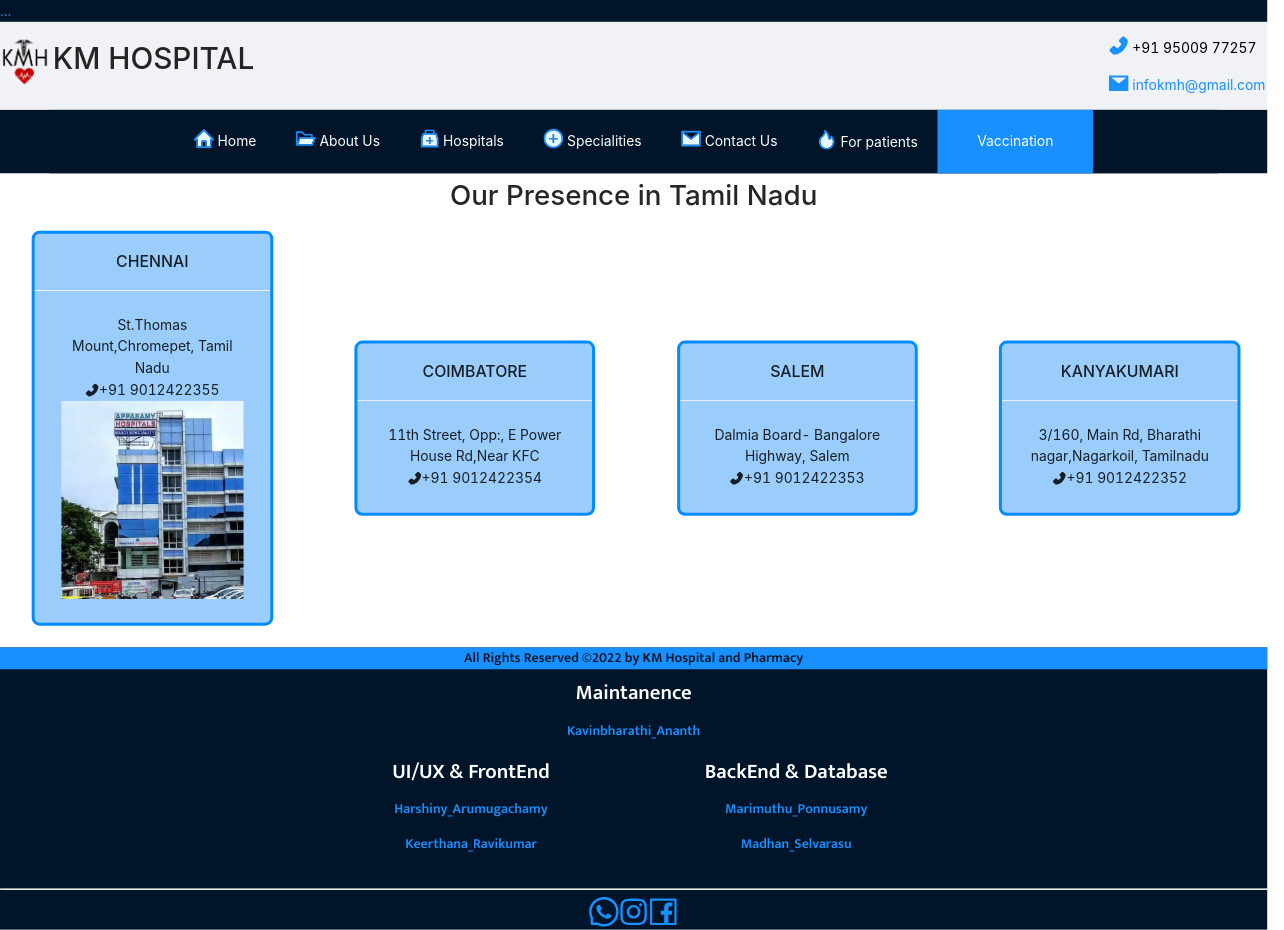
Repository: marimuthu1001/KHM-hospital
Page: /hospitals (app in km-hospital/)
These files come from the project's save history. The page is drawn as it stood at one moment and after the next save; the edit follows.
The browser window is 1280 px wide. The page is 1297 px wide, so the pictures cover 1297 px, including what lies to the right of the window. The pictures show the whole page, at 99% of full size.
The project was rebuilt for these pictures with package versions that can differ from the ones it lists, and the page was loaded fresh each time. Also part of the build but not shown: km-hospital/src/firebase.js, km-hospital/src/Pages/Home.jsx, km-hospital/src/Pages/ContactUs.jsx, km-hospital/src/Pages/AboutUS.jsx, km-hospital/src/Styles/Specialities.module.css, km-hospital/src/Pages/Specialities.jsx, km-hospital/src/Pages/For Patients/Bmi_Calculator.jsx, km-hospital/src/Styles/Appointment.module.css and 3 more.

Above is the page before, as saved 2022-01-27 15:17:54.

### km-hospital/public/index.html
<!DOCTYPE html>
<html lang="en">
  <head>
    <meta charset="utf-8" />
    <link rel="icon" href="%PUBLIC_URL%/favicon.ico" />
    <meta name="viewport" content="width=device-width, initial-scale=1" />
    <meta name="theme-color" content="#000000" />
    <meta
      name="description"
      content="Web site created using create-react-app"
    />
    <link rel="apple-touch-icon" href="%PUBLIC_URL%/logo192.png" />
    <!--
      manifest.json provides metadata used when your web app is installed on a
      user's mobile device or desktop. See https://developers.google.com/web/fundamentals/web-app-manifest/
    -->
    <link rel="manifest" href="%PUBLIC_URL%/manifest.json" />
    <!--
      Notice the use of %PUBLIC_URL% in the tags above.
      It will be replaced with the URL of the `public` folder during the build.
      Only files inside the `public` folder can be referenced from the HTML.

      Unlike "/favicon.ico" or "favicon.ico", "%PUBLIC_URL%/favicon.ico" will
      work correctly both with client-side routing and a non-root public URL.
      Learn how to configure a non-root public URL by running `npm run build`.
    -->
    <title>KM HOSPITAL | HOME</title>
  </head>
  <body>
    <noscript>You need to enable JavaScript to run this app.</noscript>
    <div id="root"></div>
    <!--
      This HTML file is a template.
      If you open it directly in the browser, you will see an empty page.

      You can add webfonts, meta tags, or analytics to this file.
      The build step will place the bundled scripts into the <body> tag.

      To begin the development, run `npm start` or `yarn start`.
      To create a production bundle, use `npm run build` or `yarn build`.
    -->
  </body>
</html>

### km-hospital/src/index.js
import React from 'react';
import ReactDOM from 'react-dom';
import 'antd/dist/antd.min.css'
import './index.css'
import App from './App';


ReactDOM.render(
  <React.StrictMode>
    <App />
  </React.StrictMode>,
  document.getElementById('root')
);

### km-hospital/src/index.css
@import '~antd/dist/antd.css';

.ant-menu:not(.ant-menu-horizontal) .ant-menu-item-selected {
	background: transparent;
}

.ant-menu{
    background: red;
    }

### km-hospital/src/App.js
import Nav from  './components/Nav'
import Footer from './components/Footer'
import Home from './Pages/Home'
import ContactUs from './Pages/ContactUs'
import AboutUs from './Pages/AboutUS'
import Specialities from './Pages/Specialities'
import BmiCalculator from './Pages/For Patients/Bmi_Calculator'
import Appointment from './Pages/For Patients/BookAppointment'
import Hospitals from './Pages/Hospitals'
import {BrowserRouter as Router, Route,Routes} from 'react-router-dom'

import Feedback from './Pages/Feedback'

function App() {
  return (
    <Router>
        <div className="App">
          <Nav/>
          <Routes>
            <Route exact path="/" element={<Home/>}/>
            <Route exact path="/contactus" element={<ContactUs/>}/>
            <Route exact path="/aboutus" element={<AboutUs/>}/>
            <Route exact path="/specialities" element={<Specialities/>}/>
            <Route exact path="/bmicalculator" element={<BmiCalculator/>}/>
            <Route exact path="/bookappointment" element={<Appointment/>}/>
            <Route exact path="/hospitals" element={<Hospitals/>}/>
            <Route exact path="/feedback" element={<Feedback/>}/>
          </Routes>

          <Footer/>
        </div>
    </Router>

  );
}

export default App;

### km-hospital/src/components/Nav.jsx
import React from 'react'

import Styles from '../Styles/Nav.module.css'
import { Layout, Menu, Dropdown,Row,Col } from 'antd';
import Logo from '../Images/Logo.png'

import {HomeTwoTone,
    FolderOpenTwoTone,
    MedicineBoxTwoTone,
    PlusCircleTwoTone,
    FireTwoTone ,
    MailTwoTone,
    PhoneFilled,
    MailFilled,

    } from '@ant-design/icons'

function Nav() {
  const menu = (
    <Menu>

            <Menu.Item key="1">Covid Dose</Menu.Item>
            <Menu.Item key="2">Covid Booster</Menu.Item>
            <Menu.Item key="3">Polio Vaccine</Menu.Item>
            <Menu.Item key="4">Chicken pox Vaccine</Menu.Item>
      </Menu>
  )
const patients = (
  <Menu>
         <a href="bmicalculator"> <Menu.Item key="1">Health Checkup Package</Menu.Item></a>
         <a href="bmicalculator"><Menu.Item key="2">Medicines</Menu.Item></a>
          <a href="bmicalculator"><Menu.Item key="3">Symptoms</Menu.Item></a>
          <a href="/bookappointment"> <Menu.Item key="4">Book an Appointment</Menu.Item></a>
          <a href="bmicalculator"><Menu.Item key="5">BMI Calculator</Menu.Item></a>

    </Menu>

  )

  const { Header} = Layout;
    return (

      <Layout>
        <p className={Styles.line}>...</p>
        <div className={Styles.head} >
            <Row gutters={[16,16]}>
              <Col md={{span:2}} lg={{span:1}}>
              <div className="logo">
              <img src={Logo} alt="Logo" widht={50} height={50}/>
            </div>
              </Col>
              <Col md={{span:6}} lg={{span:4}}>
              <h1>KM HOSPITAL</h1>
              </Col>
              <Col md={{span:8}} lg={{span:16}}></Col>
              <Col md={{span:5}} lg={{span:3}}>
              <div className={Styles.contactHead}>
                <p style={{color:'black'}}><PhoneFilled  style= {{ fontSize: '20px',color: '#1890ff'  }} />&nbsp;+91 95009 77257</p>
                <p><a href="mailto:infokmh@gmail.com"><MailFilled style= {{ fontSize: '20px',color: '#1890ff'  }} />&nbsp;infokmh@gmail.com</a></p>
               </div>
              </Col>
            </Row>
        </div>



      <Header className="header">
      <div className="menubar">
        <Menu style={{
            position: 'relative',
            display: 'flex',
            justifyContent: 'center',

        }} theme="dark" mode="horizontal" defaultSelectedKeys={['1']}>
     <a href="/">
          <Menu.Item key="7"><HomeTwoTone style={{fontSize:20}}/>&nbsp;Home</Menu.Item>
     </a>
     <a href="/aboutus">
          <Menu.Item key="2"><FolderOpenTwoTone style={{fontSize:20}}/>&nbsp;About Us</Menu.Item>
     </a>
     <a href="/hospitals">
          <Menu.Item key="3"><MedicineBoxTwoTone style={{fontSize:20}}/>&nbsp;Hospitals</Menu.Item>
     </a>
     <a href="/specialities">
          <Menu.Item key="4"><PlusCircleTwoTone style={{fontSize:20}}/>&nbsp;Specialities</Menu.Item>
     </a>
     <a href="/contactus">
          <Menu.Item  key="6"> <MailTwoTone style={{fontSize:20}}/>&nbsp;Contact Us</Menu.Item>
     </a>
          <Dropdown  overlay={patients} placement="topCenter">
              <Menu.Item key="5"><FireTwoTone style={{fontSize:20}}/>&nbsp;For patients</Menu.Item>
          </Dropdown>

          <Menu.Item key="1">
          <Dropdown  overlay={menu} placement="topCenter">
                    <Menu.Item>Vaccination</Menu.Item>
          </Dropdown>
          </Menu.Item>


        </Menu>  </div>
      </Header>


        </Layout>


    )
}

export default Nav

### km-hospital/src/components/Footer.jsx
import React from 'react'
import Styles from '../Styles/Footer.module.css'
import { Row, Col } from 'antd';
import {WhatsAppOutlined,
    InstagramOutlined,
    FacebookOutlined} from '@ant-design/icons'
function Footer() {
    return (
        <div  >
            <div className={Styles.footer}>


                <div className={Styles.footerContent}>
                    <div sm={1}  md={6} lg={8}  className={Styles.footerTitle}>
                        <h4>All Rights Reserved &copy;2022 by KM Hospital and Pharmacy</h4>
                    </div>


                <div className={Styles.maintain}>
                    <h2>Maintanence</h2>
                    <p>Kavinbharathi_Ananth</p>
                </div>

                <Row className={Styles.design} gutter={[34, 18]}>
                <Col xs={24} md={6}/>
                    <Col xs={24} md={6}>
                        <div>
                            <h2 className={Styles.headDecoration}>UI/UX & FrontEnd</h2>
                            <div className={Styles.decoration}>
                                <p>Harshiny_Arumugachamy</p>
                                <p>Keerthana_Ravikumar</p>
                            </div>
                        </div>
                    </Col>
                    <Col xs={24} md={6}>
                        <div>
                        <h2 className={Styles.headDecoration}>BackEnd & Database</h2>
                            <div className={Styles.decoration}>
                                <p>Marimuthu_Ponnusamy</p>
                                <p>Madhan_Selvarasu</p>
                            </div>
                        </div>
                    </Col>
                    <Col xs={24} md={6}/>
                        <Col sm={{ span: 5, offset: 0 }} md={{ span: 5, offset: 0 }} lg={{ span: 6, offset:0  }}> </Col>
                </Row>


<hr/>


                <Row  className={Styles.social}>
                    <Col sm={{span:2}} md={{span:8}} lg={{span:8}}><WhatsAppOutlined style={{fontSize: '30px' }} /></Col>
                    <Col sm={{span:2}} md={{span:8}} lg={{span:8}}><InstagramOutlined style={{fontSize: '30px' }} /></Col>
                    <Col sm={{span:2}} md={{span:8}} lg={{span:8}}><FacebookOutlined style={{fontSize: '30px' }} /></Col>
                </Row>
            </div>
        </div>
        </div>
    )
}

export default Footer

### km-hospital/src/Pages/Hospitals.jsx
import React from 'react';
import { Card, Col, Row  } from 'antd';
import Styles from '../Styles/ContactUs.module.css'
import {PhoneFilled} from '@ant-design/icons'
import Img1 from '../Images/Hospitals/hsptl (16).jpeg'
function Hospitals() {
  return (<div>
      <h1 style={{textAlign:"Center"}}>Our Presence in Tamil Nadu</h1>
            <div className="site-card-wrapper">
                    <Row className={Styles.locations} justify="space-around" align="middle" gutter={28}>
                        {/* <Col sm={{span:2}} md={{span:5}}  lg={{span:4}}></Col> */}
                        <Col  sm={{span:1}} md={{span:5}}  lg={{span:5}} >
                            <Card className={Styles.card} title="CHENNAI" bordered={true} hoverable={true}>
                            St.Thomas Mount,Chromepet, Tamil Nadu <br/> <PhoneFilled />+91 9012422355
                            <img src={Img1} alt="Hospital"  widht={300} height={200}/>
                            </Card>
                        </Col>
                        <Col sm={{span:1}} md={{span:5}} lg={{span:5}} >
                            <Card  className={Styles.card} title="COIMBATORE" bordered={true} hoverable={true}>
                           11th Street, Opp:, E Power House Rd,Near KFC <br/> <PhoneFilled />+91 9012422354
                            </Card>
                        </Col>
                        <Col sm={{span:1}} md={{span:5}} lg={{span:5}}>
                            <Card className={Styles.card} title="SALEM" bordered={true} hoverable={true}>
                           Dalmia Board- Bangalore Highway, Salem  <br/> <PhoneFilled />+91 9012422353
                            </Card>
                        </Col>
                        <Col sm={{span:1}} md={{span:5}} lg={{span:5}}>
                            <Card className={Styles.card} title="KANYAKUMARI" bordered={true} hoverable={true}>
                             3/160, Main Rd, Bharathi nagar,Nagarkoil, Tamilnadu  <br/> <PhoneFilled />+91 9012422352
                            </Card>
                        </Col>
                        {/* <Col sm={{span:3}} md={{span:5}}  lg={{span:4}}></Col> */}
                    </Row>
              <br/>
                </div>
  </div>);
}

export default Hospitals;

### km-hospital/src/Styles/Nav.module.css
*{
    margin-top:0px;
}
.line{
    background-color:#001529;
    color:#1890ff;
}
.head h1{
    font-size: 30px;
}
.menubar .Menu.item{
    margin-left:20%;
}
a{
    text-decoration: none;
}
a:hover{
    background-color:#1890ff;
}

### km-hospital/src/Styles/Footer.module.css
@import url('https://fonts.googleapis.com/css2?family=Mukta:wght@600&display=swap');
.footer{
    background-color:#001529;
    font-family: 'Mukta', sans-serif;
    color:#1890ff;
    position:relative;
    text-align:center
}
.footer h2{
    color:#ffffff
}
.footer .footerTitle{
    color:rgb(255, 255, 255);
    background-color:#1890ff
}
.footer .social{
    text-align:center;
    display:inline-flex;
}
.social li{
    list-style-type: none;
}
.decoration{
    list-style-type:none;
    text-align:center
}
.headDecoration{
    text-align:center
}

### km-hospital/src/Styles/Home.module.css
@import url('https://fonts.googleapis.com/css2?family=Josefin+Sans:wght@700&display=swap');
.card{
    background-color:#1890ff;
    height:120px;
    border: 1px solid #001529;
    border-radius:14px;
}
.title{
    font-family: 'Josefin Sans', sans-serif;
}

### km-hospital/src/Styles/ContactUs.module.css
.title{
    text-align:center;
}
.card{
    border:3px solid #008cff;
    border-radius:8px;
    text-align: center;
    background-color:#9bcdfc;
}
.card:hover{
    border:3px solid #1890ff;
    box-shadow: 8px 8px 8px #9bcdfc ;
}
.locations{

    padding-left:5px;
}
.btn{
    width:28%;
}
.form{
    border-radius:20px;
    border:1px solid #000;
    box-shadow:5px 5px 5px rgb(0, 0, 0);
    padding-top:20px;
}

### km-hospital/src/Styles/bmiCalc.module.css
@import url('https://fonts.googleapis.com/css2?family=Poppins:wght@400&display=swap');

.aboutContent{
    margin:0 10%;
    text-align: center;
    font-family: 'Poppins', sans-serif;
    font-weight:block;
}
 .bmiFormula{

    border:1px solid #5465ff
}

After the next save:
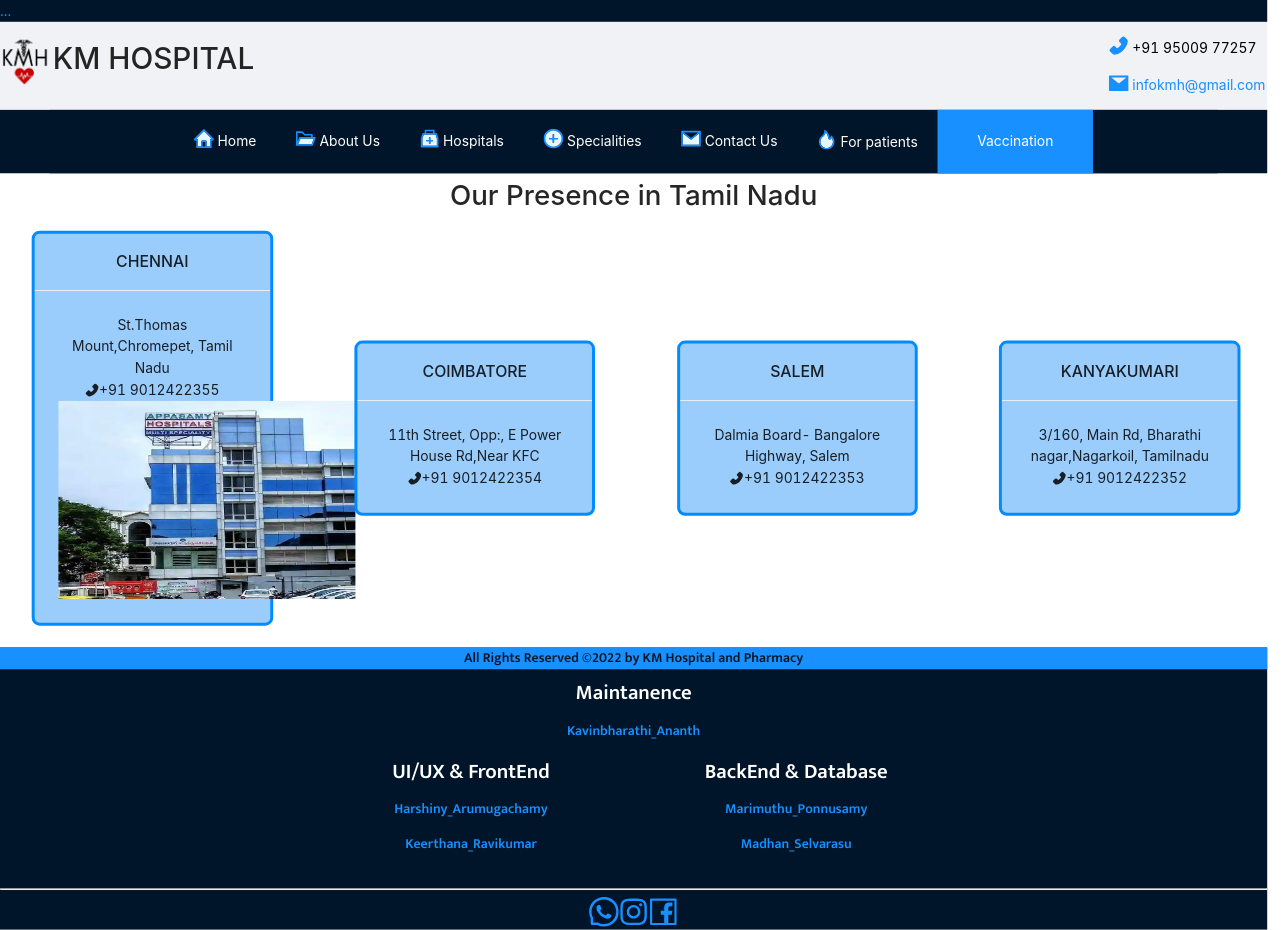
Saved 12 s later.
--- a/km-hospital/src/Pages/Hospitals.jsx
+++ b/km-hospital/src/Pages/Hospitals.jsx
@@ -12,7 +12,7 @@ function Hospitals() {
                         <Col  sm={{span:1}} md={{span:5}}  lg={{span:5}} >
                             <Card className={Styles.card} title="CHENNAI" bordered={true} hoverable={true}>
                             St.Thomas Mount,Chromepet, Tamil Nadu <br/> <PhoneFilled />+91 9012422355
-                            <img src={Img1} alt="Hospital"  widht={300} height={200}/>
+                            <img src={Img1} alt="Hospital"  width={300} height={200}/>
                             </Card>
                         </Col>
                         <Col sm={{span:1}} md={{span:5}} lg={{span:5}} >
